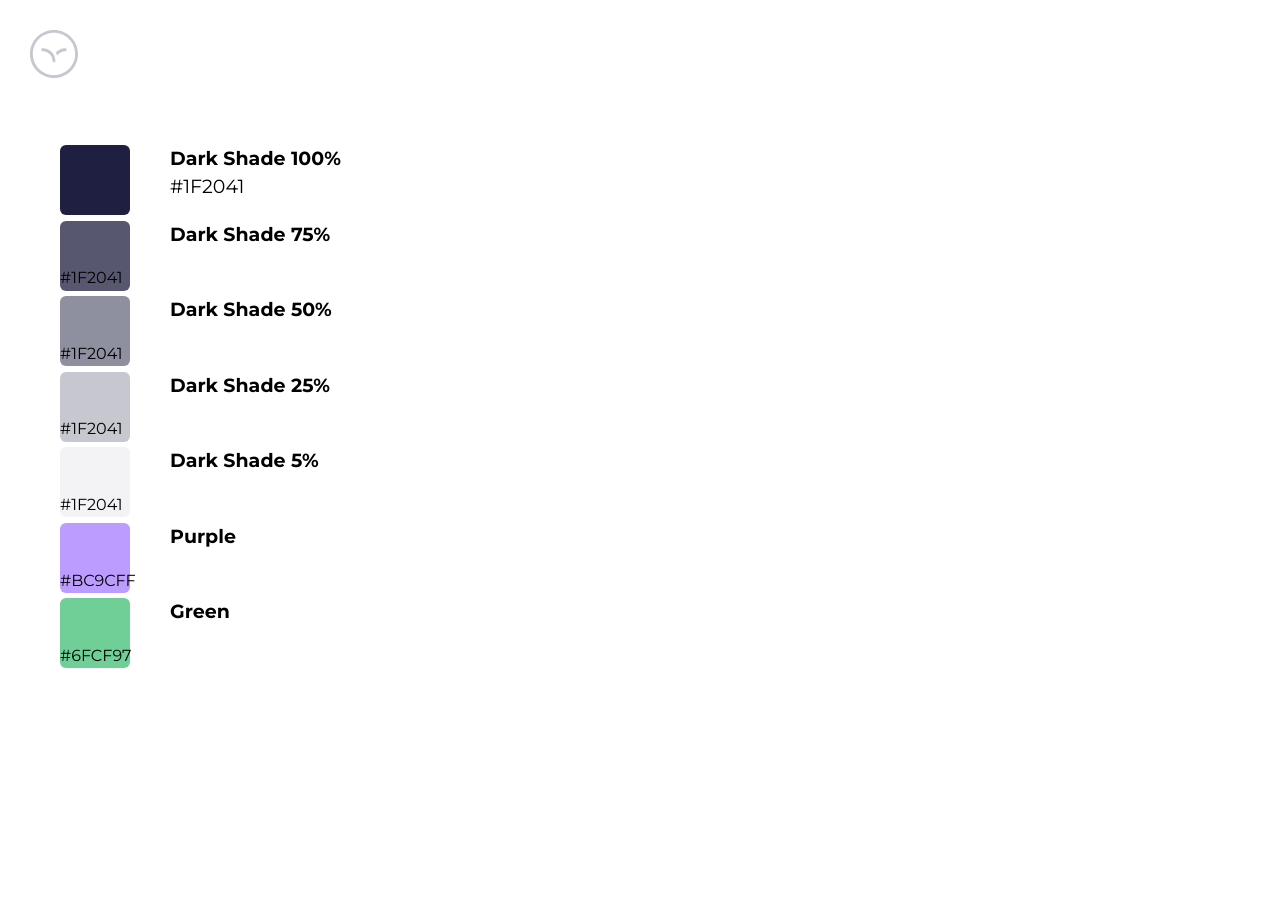
Repository: Inzhir2022/quatrain
Page: ui/index.html
These files come from the project's save history. The page is drawn as it stood at one moment and after the next save; the edit follows.
The browser window is 1280 px wide. The pictures show the whole page.

Above is the page before, as saved 2022-07-23 09:38:47.

### ui/index.html
<!DOCTYPE html>
<html lang="en">

<head>
  <meta charset="UTF-8">
  <meta http-equiv="X-UA-Compatible" content="IE=edge">
  <meta name="viewport" content="width=device-width, initial-scale=1.0">
  <link rel="preconnect" href="https://fonts.googleapis.com">
  <link rel="preconnect" href="https://fonts.gstatic.com" crossorigin>
  <link href="https://fonts.googleapis.com/css2?family=Montserrat:wght@400;700&display=swap" rel="stylesheet">
  <link rel="stylesheet" href="style.css">
  <title>UI</title>
</head>

<body>
  <div class="colorsAndTypes">
    <div class="container">
      <div class="colorsAndTypes__logo logo">
        <svg class="logo__icon" width="48" height="48" viewBox="0 0 48 48" xmlns="http://www.w3.org/2000/svg">
          <path d="M23.9989 32.4712C23.2224 32.4712 22.5871 31.8359 22.5871 31.0594C22.5871 25.6241 18.14 21.177 12.7047 21.177C11.9283 21.177 11.293 20.5418 11.293 19.7653C11.293 18.9888 11.9283 18.3535 12.7047 18.3535C19.7283 18.3535 25.4106 24.0359 25.4106 31.0594C25.4106 31.8359 24.7753 32.4712 23.9989 32.4712Z" />
          <path d="M36.7068 19.7653C36.7068 20.5418 36.0715 21.177 35.295 21.177C31.9421 21.177 28.9421 22.8712 27.1774 25.4476C26.7892 24.4594 26.3303 23.5418 25.7656 22.6947C28.095 20.0123 31.5186 18.3535 35.295 18.3535C36.0715 18.3535 36.7068 18.9888 36.7068 19.7653Z" />
          <path d="M24 48C10.7647 48 0 37.2353 0 24C0 10.7647 10.7647 0 24 0C37.2353 0 48 10.7647 48 24C48 37.2353 37.2353 48 24 48ZM24 2.82353C12.3176 2.82353 2.82353 12.3176 2.82353 24C2.82353 35.6824 12.3176 45.1765 24 45.1765C35.6824 45.1765 45.1765 35.6824 45.1765 24C45.1765 12.3176 35.6824 2.82353 24 2.82353Z" />
        </svg>
      </div>
      <div class="colors">
        <div class="colors__wrapper">
          <div class="colors__item colors__item_darkShade"></div>
          <div class="colors__title">Dark Shade 100%
            <span class="colors__subtitle">#1F2041</span>
          </div>
        </div>

        <div class="colors__wrapper">
          <div class="colors__item colors__item_darkShade_75"></div>
          <div class="colors__title">Dark Shade 75%</div>
          <div class="colors__subtitle">#1F2041</div>
        </div>
        <div class="colors__wrapper">
          <div class="colors__item colors__item_darkShade_50"></div>
          <div class="colors__title">Dark Shade 50%</div>
          <div class="colors__subtitle">#1F2041</div>
        </div>
        <div class="colors__wrapper">
          <div class="colors__item colors__item_darkShade_25"></div>
          <div class="colors__title">Dark Shade 25%</div>
          <div class="colors__subtitle">#1F2041</div>
        </div>
        <div class="colors__wrapper">
          <div class="colors__item colors__item_darkShade_5"></div>
          <div class="colors__title">Dark Shade 5%</div>
          <div class="colors__subtitle">#1F2041</div>
        </div>
        <div class="colors__wrapper">
          <div class="colors__item colors__item_purple"></div>
          <div class="colors__title">Purple</div>
          <div class="colors__subtitle">#BC9CFF</div>
        </div>
        <div class="colors__wrapper">
          <div class="colors__item colors__item_green"></div>
          <div class="colors__title">Green</div>
          <div class="colors__subtitle">#6FCF97</div>
        </div>

      </div>
    </div>
  </div>



</body>

</html>

### ui/style.css
:root {
  --darkShade_100: rgba(31, 32, 65, 1);
  --darkShade_75: rgba(31, 32, 65, .75);
  --darkShade_50: rgba(31, 32, 65, .5);
  --darkShade_25: rgba(31, 32, 65, .25);
  --darkShade_5: rgba(31, 32, 65, .05);
  --purple: rgb(188, 156, 255);
  --green: rgb(111, 207, 151);
}

body {
  position: relative;
  margin: 0;
  padding: 0;
  box-sizing: border-box;
  font-family: 'Montserrat', sans-serif;
}

.container {
  display: grid;
  grid-template-columns: repeat(12, 96.67px);
  column-gap: 20px;
  margin: 0 auto;
  max-width: 1160px;
  min-height: 900px;
}

.colorsAndTypes .container {
  grid-template-rows: 145px 1fr;
}

.colorsAndTypes__logo {
  position: absolute;
  top: 30px;
  left: 30px;
}
.logo__icon {
  fill: rgba(31, 32, 65, .25);
}

.colors {
  grid-column: 1/4;
  grid-row: 2;
}

.colors__wrapper {
  display: grid;
  grid-template-columns: 70px 171px;
  grid-template-rows: repeat(2, 27.79px);
  column-gap: 40px;
  row-gap: 20px;
}

.colors__item {
  width: 70px;
  height: 70px;
  border-radius: 6px;
}

.colors__item_darkShade {
  background-color: var(--darkShade_100);
}
.colors__item_darkShade_75 {
  background-color: var(--darkShade_75);
}
.colors__item_darkShade_50 {
  background-color: var(--darkShade_50);
}
.colors__item_darkShade_25 {
  background-color: var(--darkShade_25);
}
.colors__item_darkShade_5 {
  background-color: var(--darkShade_5);
}
.colors__item_purple {
  background-color: var(--purple);
}
.colors__item_green {
  background-color: var(--green);
}

.colors__title {
  font-size: 19px;
  font-weight: 700;
  line-height: 28px;
}

.colors__subtitle {
  display: block;
  font-weight: 400;
}

After the next save:
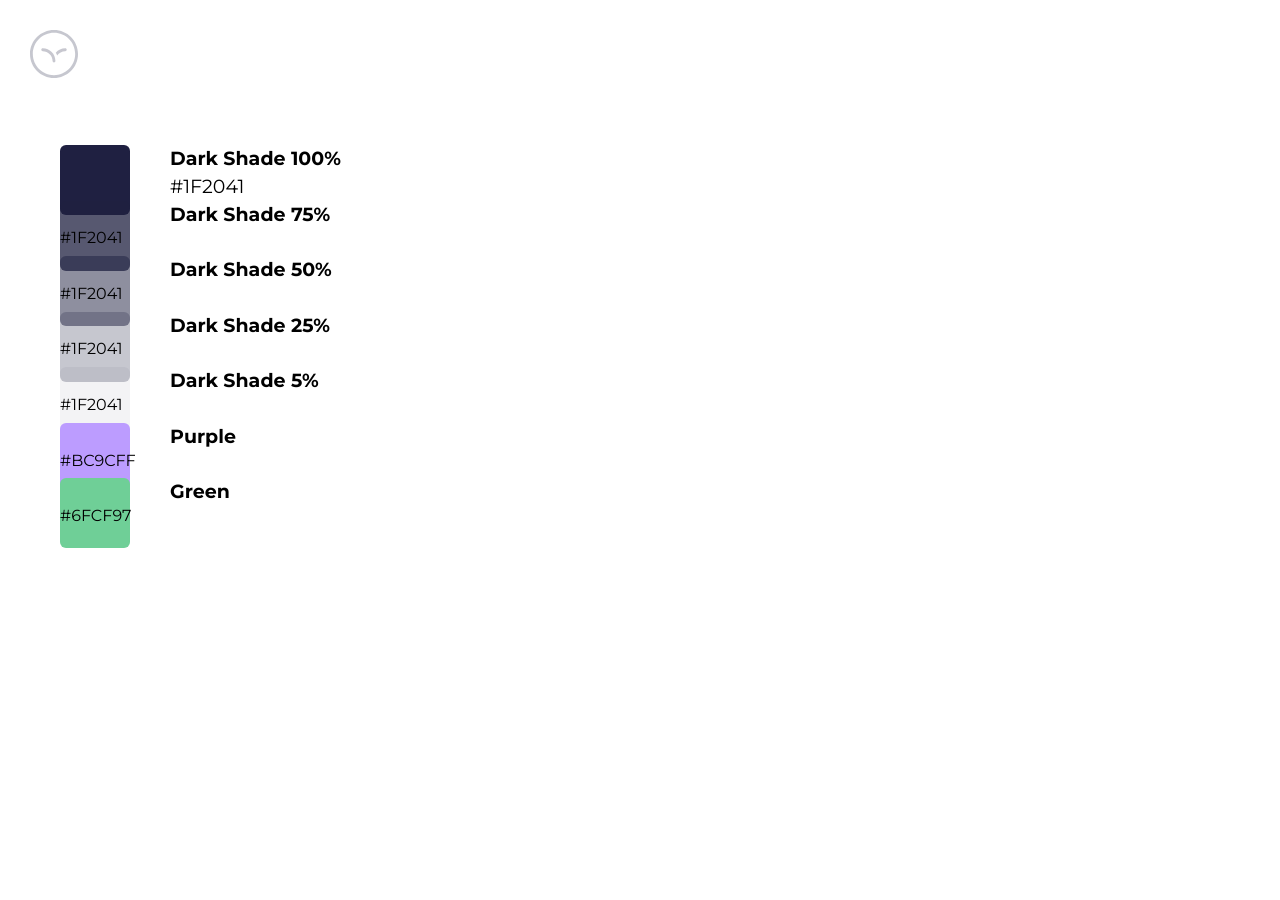
Saved 56 s later.
--- a/ui/style.css
+++ b/ui/style.css
@@ -48,7 +48,6 @@
   grid-template-columns: 70px 171px;
   grid-template-rows: repeat(2, 27.79px);
   column-gap: 40px;
-  row-gap: 20px;
 }
 
 .colors__item {
